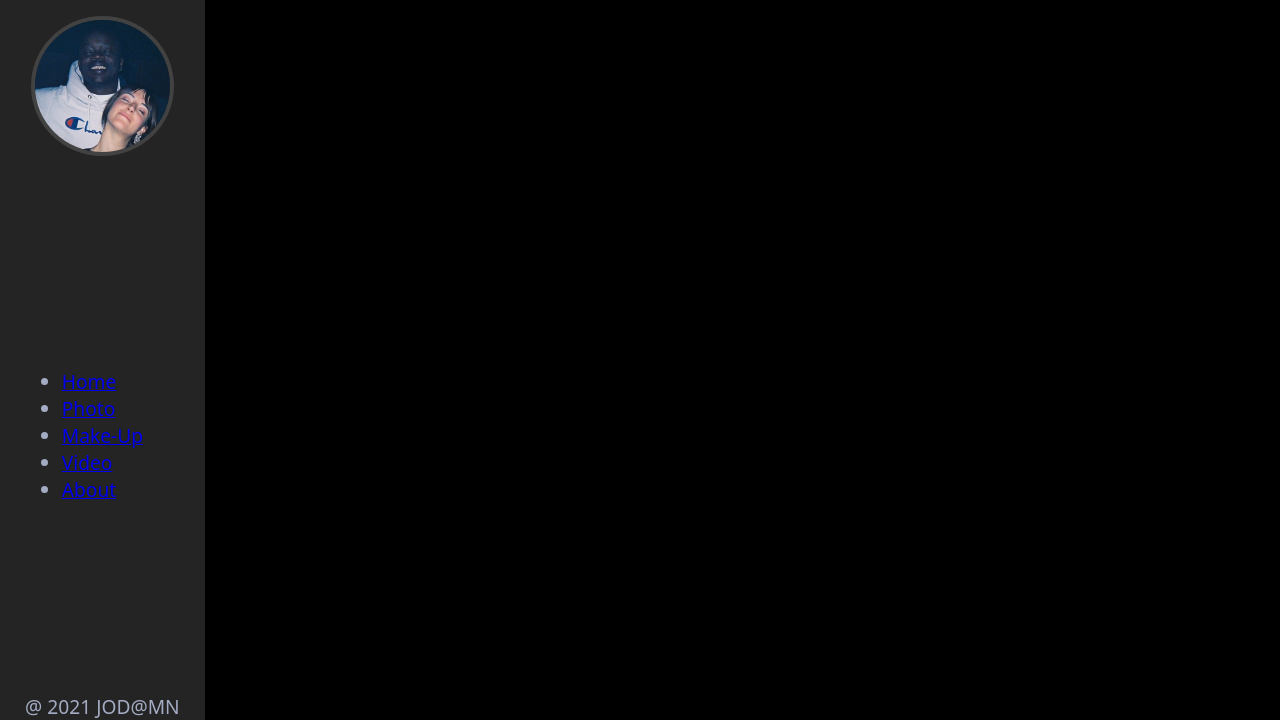
Repository: JordanKnuts/siriusRed
Page: /
These files come from the project's save history. The page is drawn as it stood at one moment and after the next save; the edit follows.
The browser window is 1280 px wide. The pictures show the whole page.
The project was rebuilt for these pictures with package versions that can differ from the ones it lists, and the page was loaded fresh each time.

Above is the page before, as saved 2021-04-27 14:47:22.

After the next save:
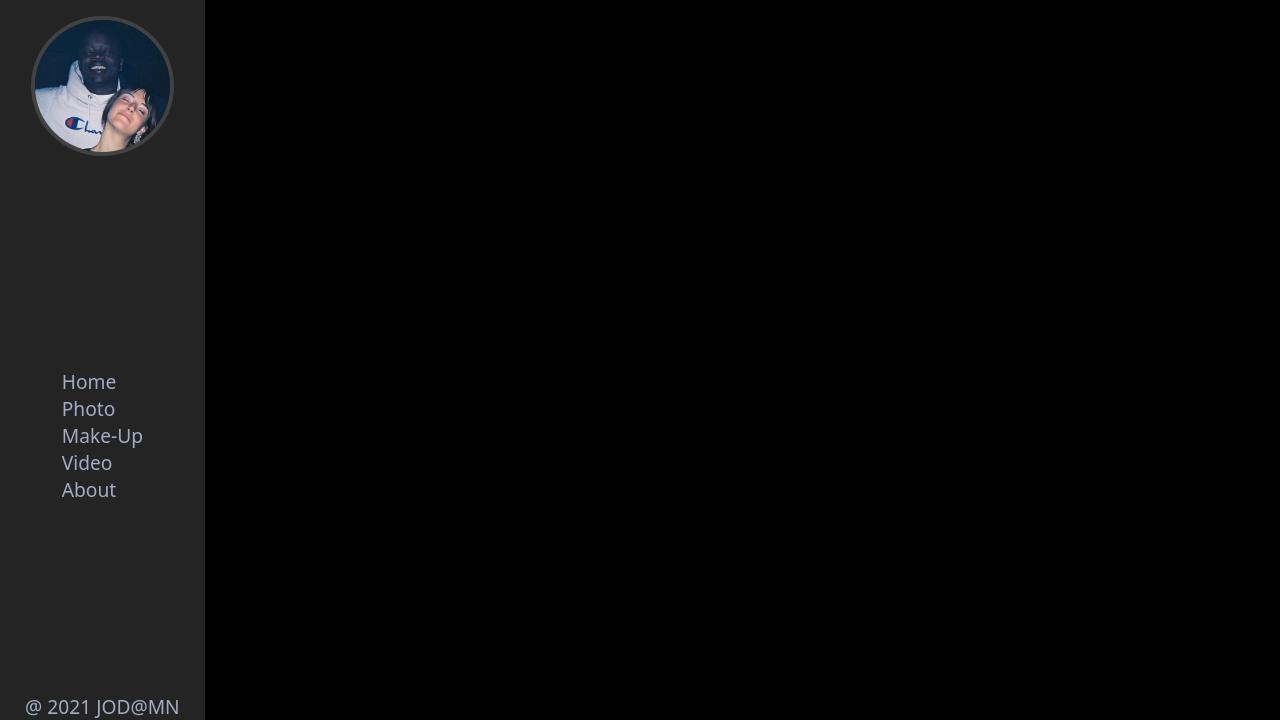
Saved 2 min 47 s later.
--- a/src/Styles/_navBar.scss
+++ b/src/Styles/_navBar.scss
@@ -20,6 +20,20 @@
             }
         }
 
+        .nav-items{
+            .nav-item{
+                list-style: none;
+                a{
+                    text-decoration: none;
+                    font-size: inherit;
+                    color: inherit;
+
+                }
+            }
+        }
+
+
+
         .footer{
             width: 100%;
             p{text-align: center;
